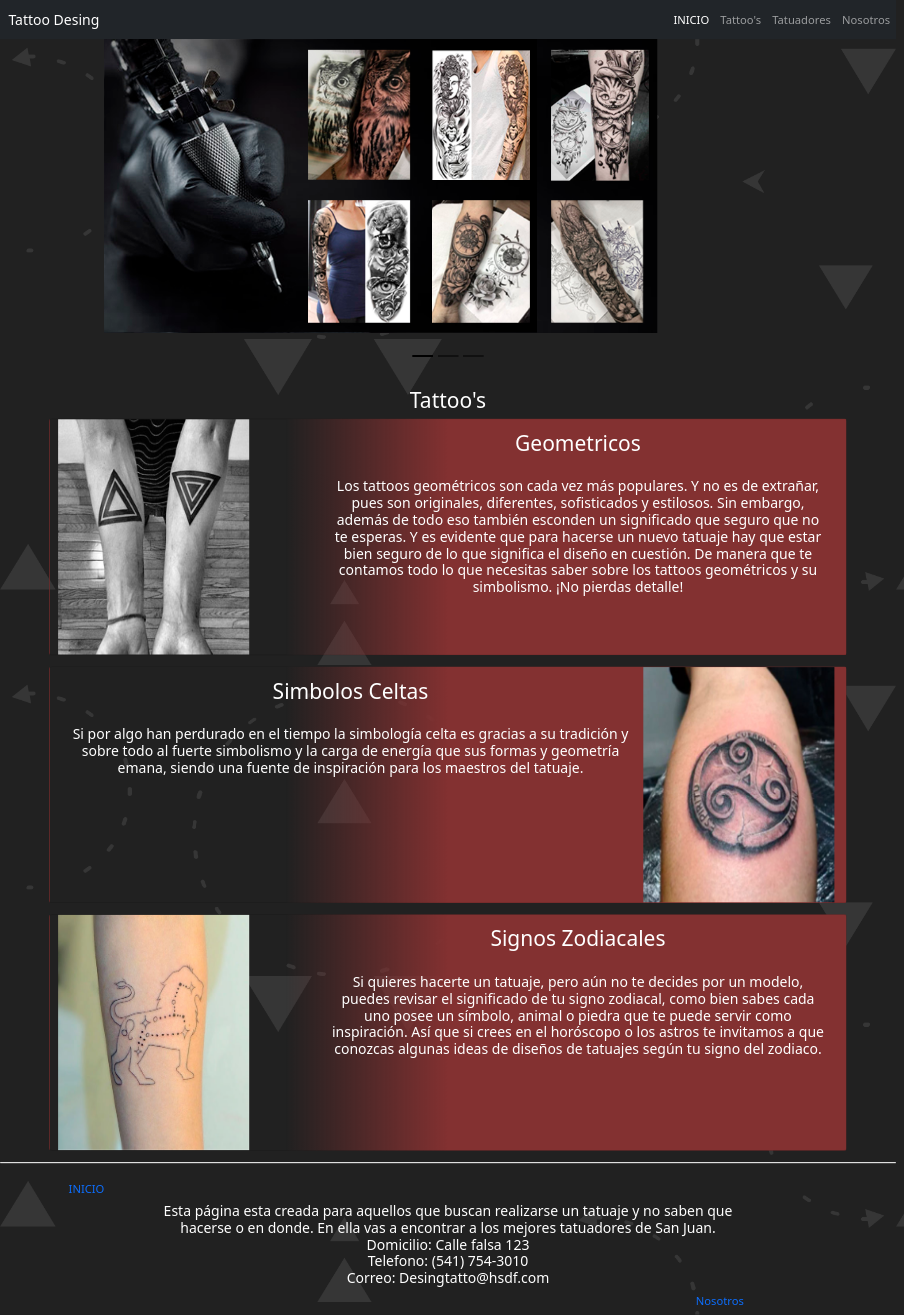
Repository: Vladimir-22/TatooDesign
Page: index.html
An editor plug-in stored every save of this project. The page is shown before and after the next save, followed by the edit.
The browser window is 1280 px wide. The page is 1292 px wide, so the pictures cover 1292 px, including what lies to the right of the window. The pictures show the whole page, at 70% of full size.
Some web libraries are served in a nearby version.

Above is the page before, as saved 2021-05-19 22:56:27.

After the next save:
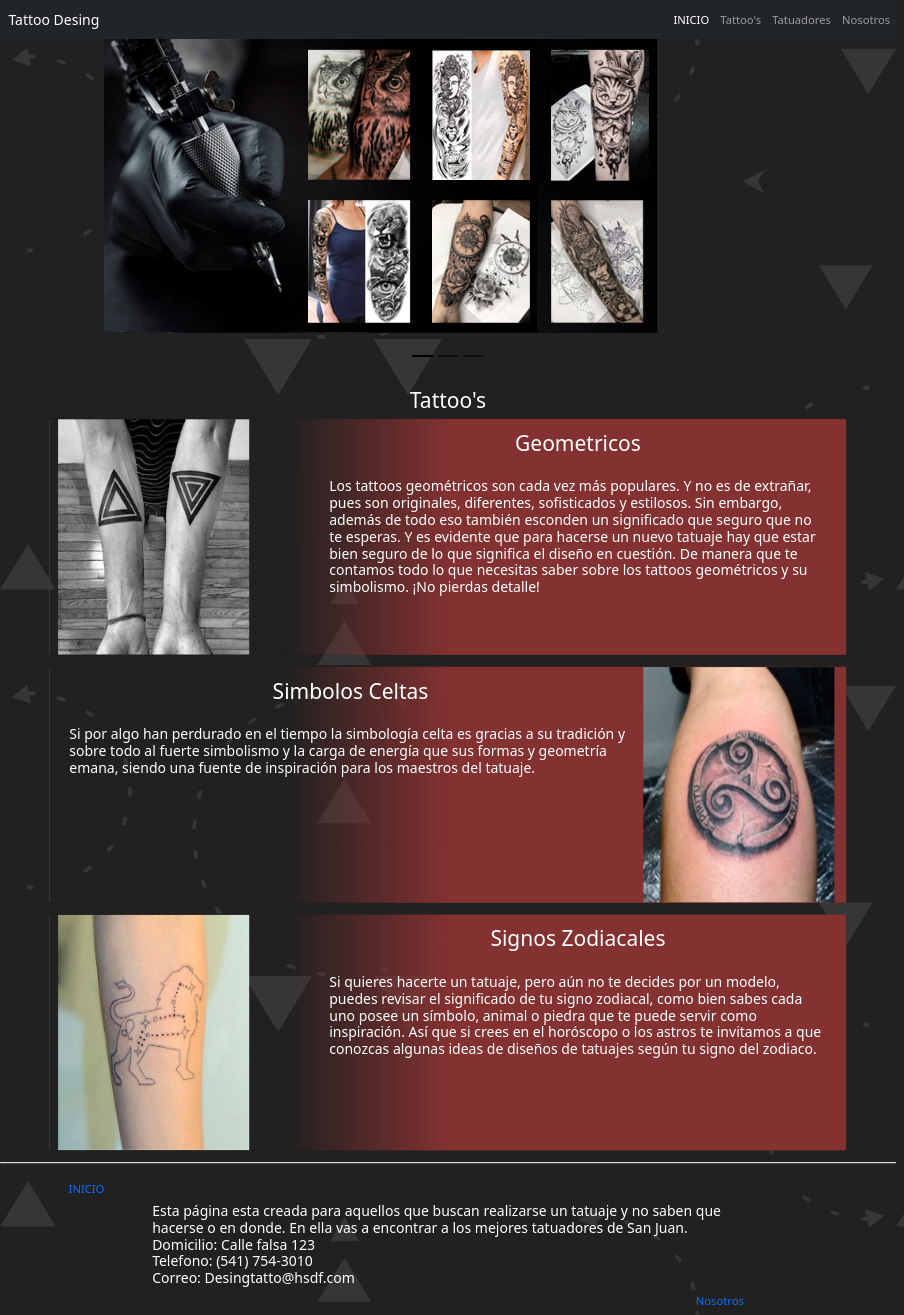
Saved 58 s later.
--- a/css/styles.css
+++ b/css/styles.css
@@ -39,7 +39,7 @@ h3 {
     color: white;
     text-align: center;
 }
-h5{
+h6{
     color: white;
     text-align: center;
     font-weight:100;
